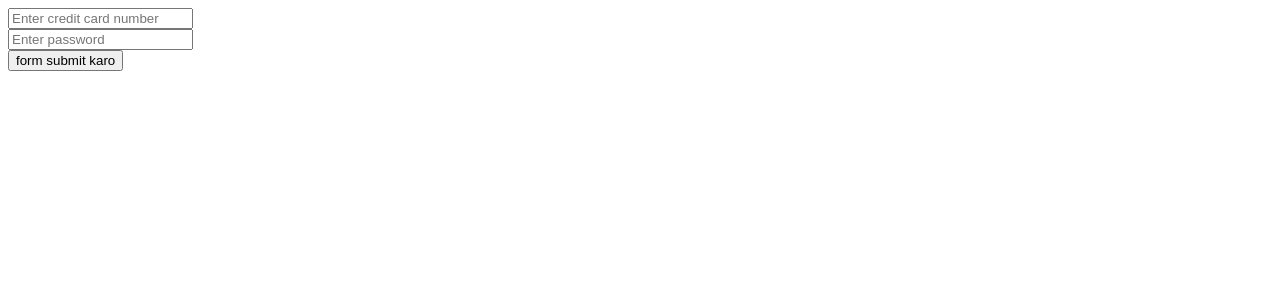
Repository: Solankinikhil/DailyWork
Page: eclipse-workspace/Cookies/WebContent/login.html
An editor plug-in stored every save of this project. The page is shown before and after the next save, followed by the edit.
The browser window is 1280 px wide. The pictures show the whole page.

Above is the page before, as saved 2020-03-13 08:41:33.

### eclipse-workspace/Cookies/WebContent/login.html
<!DOCTYPE html>
<html>
<head>
<meta charset="ISO-8859-1">
<title>Insert title here</title>
</head>
<body>
<form action="CookieHandler1" method="post">
<input type="text" name="creditCardNo" placeholder="Enter credit card number"/><br/>
<input type="password" name= "pwd" placeholder="Enter password"/><br/>
<input type="submit" value="form submit karo"/>
</form>
</body>
</html>

After the next save:
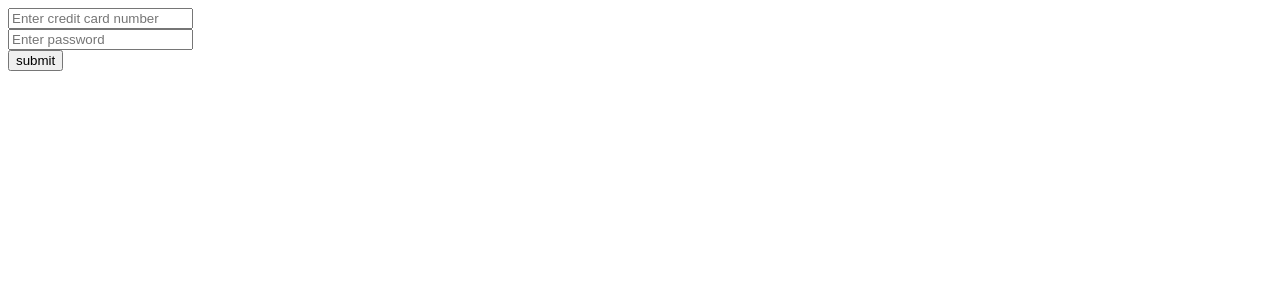
Saved 52 s later.
--- a/eclipse-workspace/Cookies/WebContent/login.html
+++ b/eclipse-workspace/Cookies/WebContent/login.html
@@ -8,7 +8,7 @@
 <form action="CookieHandler1" method="post">
 <input type="text" name="creditCardNo" placeholder="Enter credit card number"/><br/>
 <input type="password" name= "pwd" placeholder="Enter password"/><br/>
-<input type="submit" value="form submit karo"/>
+<input type="submit" value="submit"/>
 </form>
 </body>
 </html>
